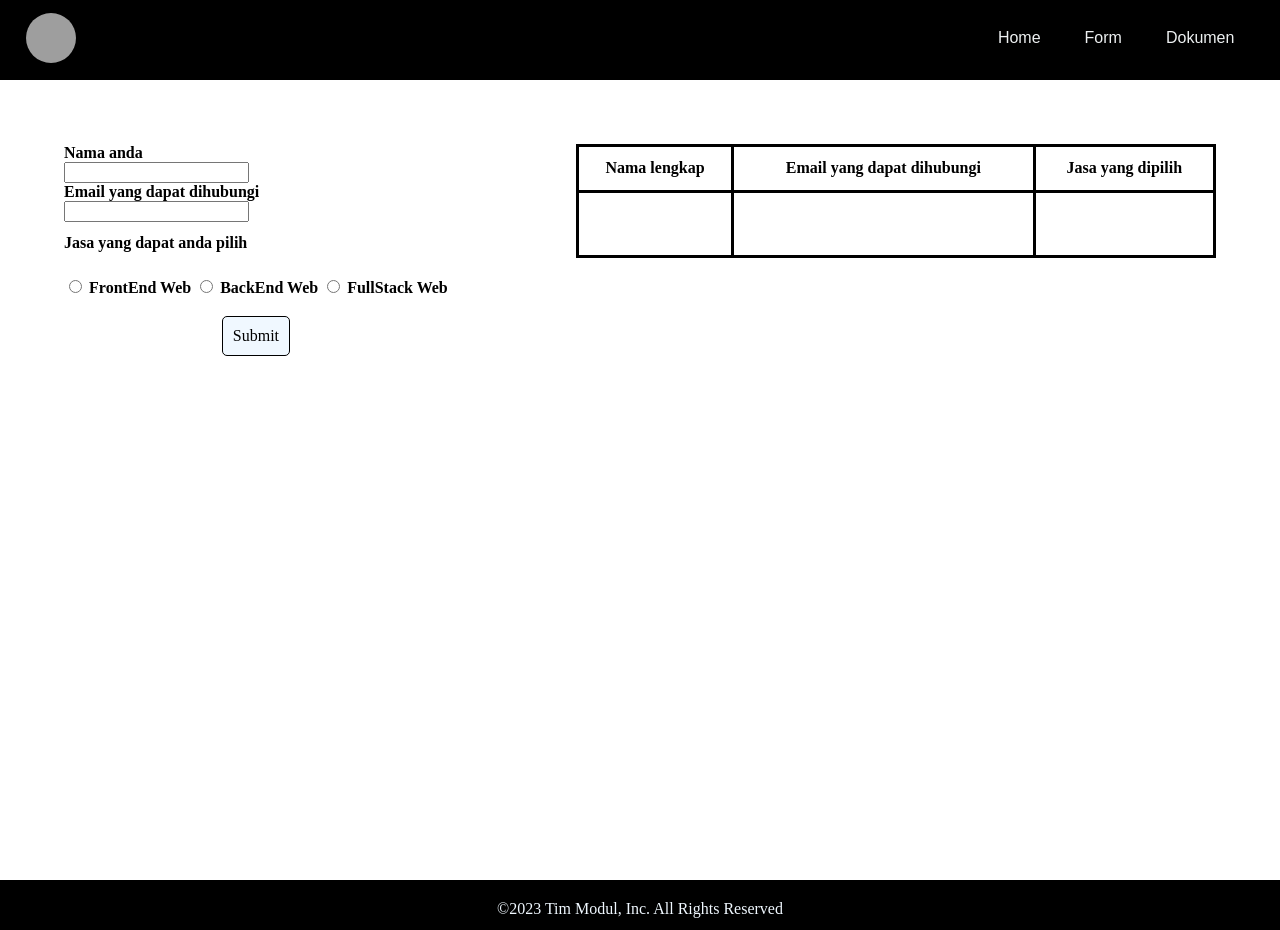
Repository: zecht12/TimModul
Page: TimModul.html
These files come from the project's save history. The page is drawn as it stood at one moment and after a run of saves; the edit follows.
The browser window is 1280 px wide. The pictures show the whole page.
Pictures or frames that could not be fetched are drawn as grey boxes.

Above is the page before, as saved 2023-03-14 13:54:18.

After the next 2 saves:
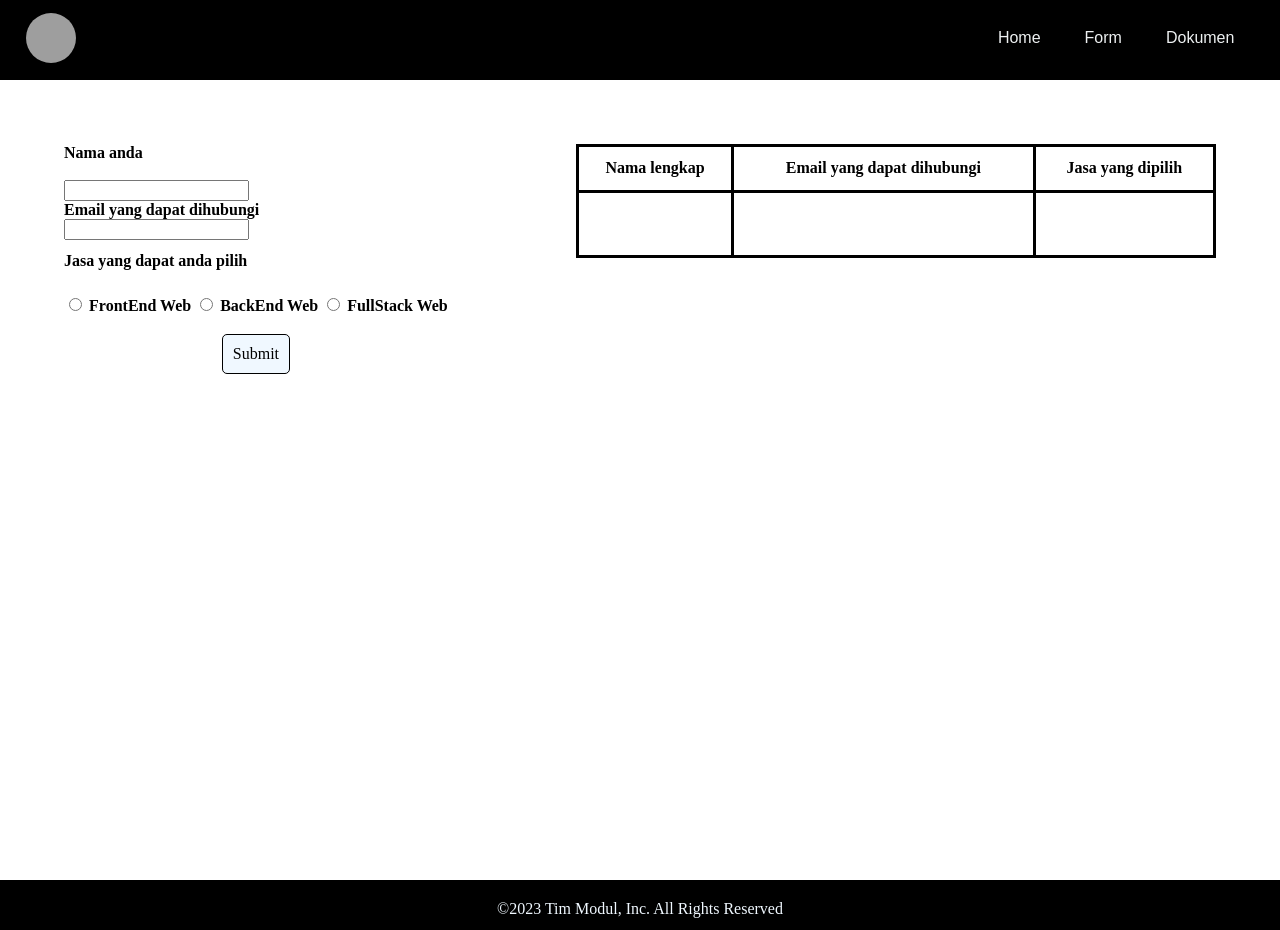
The 2 saves are shown as one change because they came seconds apart.
The last was saved 28 s later.
--- a/TimModul.html
+++ b/TimModul.html
@@ -20,7 +20,7 @@
     </div>
     <div class="forms">
         <form>
-            <label for="Nama" class="Labelnama">Nama anda</label><br>
+            <label for="Nama" class="Labelnama">Nama anda</label><br><br>
             <input type="text" id="Nama" name="Nama" class="Nama"><br>
 
             <label for="Email" class="Labelemail">Email yang dapat dihubungi</label><br>

After the save that followed:
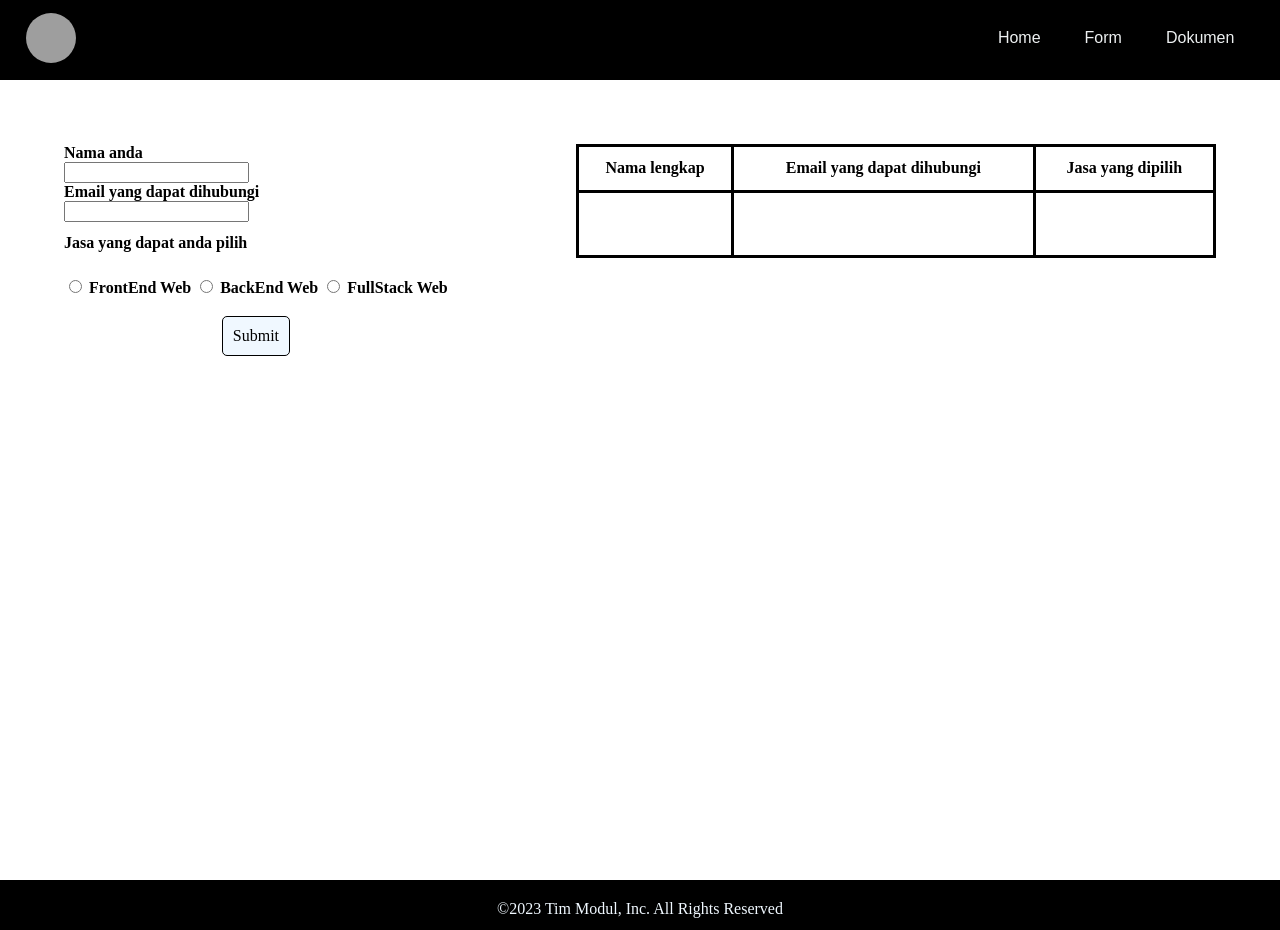
Saved 8 s later.
--- a/TimModul.html
+++ b/TimModul.html
@@ -20,7 +20,7 @@
     </div>
     <div class="forms">
         <form>
-            <label for="Nama" class="Labelnama">Nama anda</label><br><br>
+            <label for="Nama" class="Labelnama">Nama anda</label><br>
             <input type="text" id="Nama" name="Nama" class="Nama"><br>
 
             <label for="Email" class="Labelemail">Email yang dapat dihubungi</label><br>
